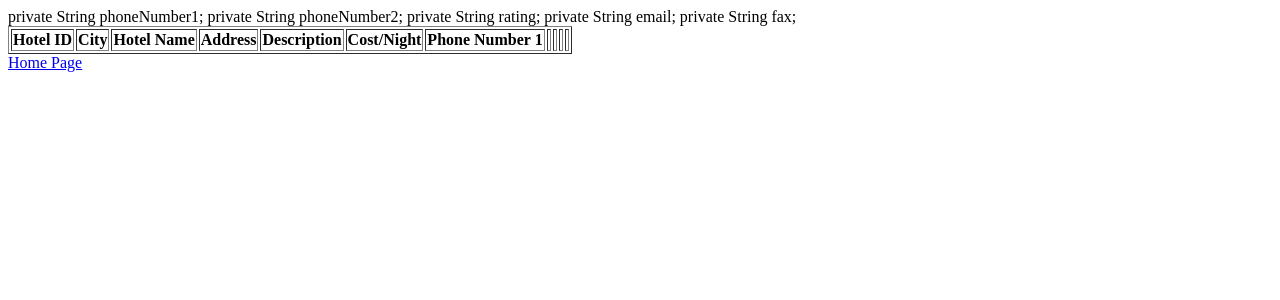
Repository: dishangjain/SpringProject
Page: http://localhost/HotelBookingManagementSystem/JSPs/HotelList.jsp
The author's editor kept a copy of each file at every save. The page is drawn from the files as they stood at one save, then again after the next save.
The browser window is 1280 px wide. The pictures show the whole page.
The page is served by Tomcat 9. Nobody is signed in. The application's start-up code is not run. The template is opened directly, without the code that normally fills it, so the values that code supplies are empty.

Above is the page before, as saved 2017-10-14 12:45:49.

After the next save:
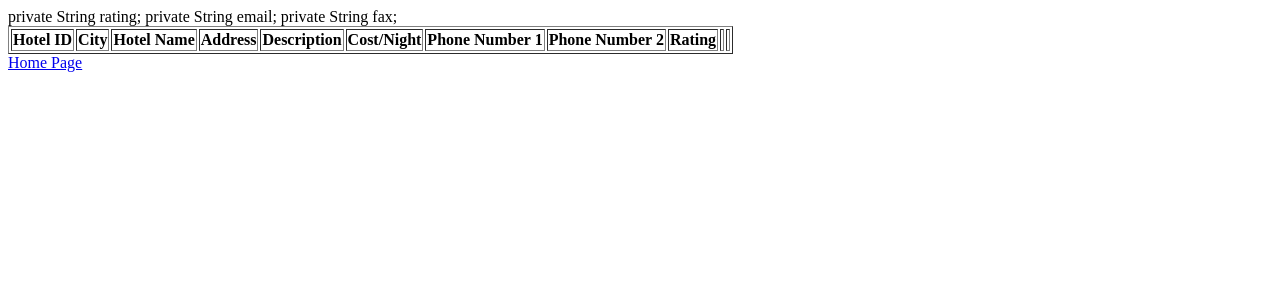
Saved 23 s later.
--- a/HotelBookingManagementSystem/WebContent/JSPs/HotelList.jsp
+++ b/HotelBookingManagementSystem/WebContent/JSPs/HotelList.jsp
@@ -10,8 +10,6 @@
 	<body>
 
 
-	private String phoneNumber1;
-	private String phoneNumber2;
 	private String rating;
 	private String email;
 	private String fax;
@@ -27,8 +25,8 @@
 				<th>Description</th>
 				<th>Cost/Night</th>
 				<th>Phone Number 1</th>
-				<th></th>
-				<th></th>
+				<th>Phone Number 2</th>
+				<th>Rating</th>
 				<th></th>
 				<th></th>
 			</tr>
